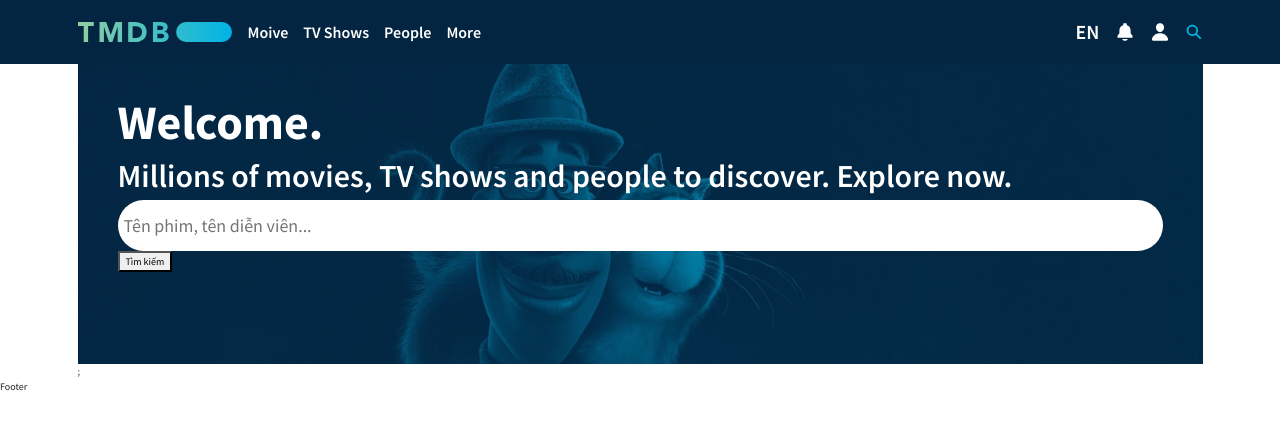
Repository: nguyennam1029/TMDB-App
Page: /
An editor plug-in stored every save of this project. The page is shown before and after the next save, followed by the edit.
The browser window is 1280 px wide. The pictures show the whole page.
The project was rebuilt for these pictures with package versions that can differ from the ones it lists, and the page was loaded fresh each time. Also part of the build but not shown: src/components/ui/HeroCart/heroCart.css, src/components/ui/HeroCart/HeroCart.jsx, src/page/Search.jsx. Imported but missing from the stored project, and not drawn on this page: src/components/ui/ListHero/ListHero, src/page/HeroDetail.

Above is the page before, as saved 2022-09-26 20:20:22.

### public/index.html
<!DOCTYPE html>
<html lang="en">
  <head>
    <meta charset="utf-8" />
    <link rel="icon" href="%PUBLIC_URL%/favicon.ico" />
    <meta name="viewport" content="width=device-width, initial-scale=1" />
    <meta name="theme-color" content="#000000" />
    <meta
      name="description"
      content="Web site created using create-react-app"
    />
    <link rel="apple-touch-icon" href="%PUBLIC_URL%/logo192.png" />
    <!--
      manifest.json provides metadata used when your web app is installed on a
      user's mobile device or desktop. See https://developers.google.com/web/fundamentals/web-app-manifest/
    -->
    <link rel="manifest" href="%PUBLIC_URL%/manifest.json" />
    <!--
      Notice the use of %PUBLIC_URL% in the tags above.
      It will be replaced with the URL of the `public` folder during the build.
      Only files inside the `public` folder can be referenced from the HTML.

      Unlike "/favicon.ico" or "favicon.ico", "%PUBLIC_URL%/favicon.ico" will
      work correctly both with client-side routing and a non-root public URL.
      Learn how to configure a non-root public URL by running `npm run build`.
    -->
    <link
      rel="stylesheet"
      href="https://cdn.jsdelivr.net/npm/bootstrap@5.1.0/dist/css/bootstrap.min.css"
    />
    <title>React App</title>
  </head>
  <body>
    <noscript>You need to enable JavaScript to run this app.</noscript>
    <div id="root"></div>
    <!--
      This HTML file is a template.
      If you open it directly in the browser, you will see an empty page.

      You can add webfonts, meta tags, or analytics to this file.
      The build step will place the bundled scripts into the <body> tag.

      To begin the development, run `npm start` or `yarn start`.
      To create a production bundle, use `npm run build` or `yarn build`.
    -->
  </body>
</html>

### src/index.js
import React from "react";
import ReactDOM from "react-dom/client";
import { BrowserRouter as Router } from "react-router-dom";

import { Provider } from "react-redux";
import store from "./store";
import "./index.css";
import App from "./App";

const root = ReactDOM.createRoot(document.getElementById("root"));
root.render(
  <React.StrictMode>
    <Provider store={store}>
      <Router>
        <App />
      </Router>
    </Provider>
  </React.StrictMode>
);

// If you want to start measuring performance in your app, pass a function
// to log results (for example: reportWebVitals(console.log))
// or send to an analytics endpoint. Learn more: https://bit.ly/CRA-vitals

### src/store.js
import rootReducer from "./redux/reducers";

import { createStore } from "redux";
const store = createStore(
  rootReducer,
  window.__REDUX_DEVTOOLS_EXTENSION__ && window.__REDUX_DEVTOOLS_EXTENSION__()
);

export default store;

### src/index.css
@import url('https://fonts.googleapis.com/css2?family=Source+Sans+Pro:wght@200;300;400;600;700;900&display=swap');

html {
  font-size: 62.5%;
}

body {
  font-family: 'Source Sans Pro',
    sans-serif;

}

:root {
  --primary-text-color: #fff;
}

*,
*::before,
*::after {
  box-sizing: border-box;
}




img,
picture,
video,
canvas,
svg {
  display  : block;
  max-width: 100%;
}

input,
button,
textarea,
select {
  outline: none;
}

p,
h1,
h2,
h3,
h4,
h5,
h6 {
  overflow-wrap: break-word;
}

a {
  color          : inherit;
  text-decoration: none;
}

ul {
  padding: 0;
  margin : 0;
}

li {
  list-style: none;
}

### src/redux/reducers.js
const initState = {
  search: "",
  selectItem: {},
  listHeros: [],
};

const rootReducer = (state = initState, action) => {
  switch (action.type) {
    case "listHeros":
      return {
        ...state,
        listHeros: action.payload,
      };
    case "selectItem":
      return {
        ...state,
        selectItem: action.payload,
      };
    case "seachrItem":
      return {
        ...state,
        search: action.payload,
      };
    default:
      return state;
  }
};
export default rootReducer;

### src/components/Layout/Layout.jsx
import React from "react";

import Header from "../Header/Header";
import Footer from "../Footer/Footer";
// import Routers from "../../routes/Routers";
import Routers from "../../routes/Routers";

const Layout = () => {
  return (
    <>
      <Header />
      <Routers />
      <Footer />
    </>
  );
};

export default Layout;

### src/components/Header/Header.jsx
import React from "react";

import { Link, useNavigate } from "react-router-dom";
import { useState } from "react";
import { useDispatch } from "react-redux";
import { seachrItem } from "../../redux/action";
import { useEffect } from "react";
import {
  IoSearchOutline,
  IoNotificationsSharp,
  IoPerson,
  IoSearchSharp,
} from "react-icons/io5";
import { Container } from "react-bootstrap";
import Dropdown from "react-bootstrap/Dropdown";
import { NavLink } from "react-router-dom";
import logo from "../../assets/images/logo.svg";
import "./header.css";
const Header = () => {
  // const dispatch = useDispatch();
  // const [searchName, setSearchName] = useState("");
  // const Navigate = useNavigate();
  // const handleOnchange = (value) => {
  //   value !== "" ? Navigate("/seachr") : Navigate("/");
  //   setSearchName(value);
  // };

  // useEffect(() => {
  //   dispatch(seachrItem(searchName));
  // }, [searchName]);
  // return (
  //   <ul>
  //     <li>
  //       <Link to={"/home"} onClick={() => setSearchName("")}>
  //         Home
  //       </Link>
  //     </li>
  //     <li>
  //       <input
  //         type="text"
  //         value={searchName}
  //         placeholder="Tìm kiếm"
  //         onChange={(e) => {
  //           handleOnchange(e.target.value);
  //         }}
  //       />
  //     </li>
  //     <li>
  //       Tim kiem <IoSearchOutline />
  //     </li>
  //   </ul>
  // );
  //CÁC MENU ITEM
  const NavItemLinks = [
    {
      display: "Moive",
      url: "/moive",
    },
    {
      display: "TV Shows",
      url: "/tvshows",
    },
    {
      display: "People",
      url: "/people",
    },
    {
      display: "More",
      url: "/More",
    },
  ];
  return (
    <div className="header">
      <Container>
        <div className="nav d-flex align-items-center justify-content-between">
          <div className="nav__left d-flex align-items-center justify-content-center mr-3">
            <NavLink to="/" className="nav__left--img d-block">
              <img src={logo} alt="" />
            </NavLink>

            <ul className="nav__list d-flex align-items-center gap-4">
              {NavItemLinks.map((item, index) => (
                <li className="nav__item" key={index}>
                  <NavLink
                    to={item.url}
                    className={(navClass) =>
                      navClass.isActive ? "active" : ""
                    }
                  >
                    {item.display}
                  </NavLink>
                </li>
              ))}
            </ul>
          </div>
          <div className="nav__right">
            <ul className="nav__list d-flex align-items-center gap-4">
              <li className="nav__item nav__right--item">
                <NavLink
                  to="en"
                  className={(navClass) => (navClass.isActive ? "active" : "")}
                >
                  EN
                </NavLink>
              </li>

              <li className="nav__item nav__right--item">
                <NavLink
                  to="noti"
                  className={(navClass) => (navClass.isActive ? "active" : "")}
                >
                  <IoNotificationsSharp />
                </NavLink>
              </li>

              <li className="nav__item nav__right--item">
                <NavLink
                  to="user"
                  className={(navClass) => (navClass.isActive ? "active" : "")}
                >
                  <IoPerson />
                </NavLink>
              </li>

              <li className="nav__item nav__right--item search">
                <NavLink
                  to="user"
                  className={(navClass) => (navClass.isActive ? "active" : "")}
                >
                  <IoSearchSharp />
                </NavLink>
              </li>
            </ul>
          </div>
        </div>
      </Container>
    </div>
  );
};
export default Header;

### src/components/Footer/Footer.jsx
import React from "react";

const Footer = () => {
  return <div>Footer</div>;
};
export default Footer;

### src/routes/Routers.jsx
import { Routes, Route, Navigate } from "react-router-dom";

import React from "react";

import { HomePage } from "../page/Home";
import { HeroDetail } from "../page/HeroDetail";
import { Search } from "../page/Search";

const Routers = () => {
  return (
    <Routes>
      <Route path="/" element={<Navigate to="/Home" />} />
      <Route path="/Home" element={<HomePage />} />
      <Route path="/Home/:id" element={<HeroDetail />} />
      <Route path="/seachr" element={<Search />} />
    </Routes>
  );
};
export default Routers;

### src/redux/action.js
export const getListHeros = (heros) => {
  return {
    type: "listHeros",
    payload: heros,
  };
};

export const selectItem = (item) => {
  return {
    type: "selectItem",
    payload: item,
  };
};

export const seachrItem = (item) => {
  return {
    type: "seachrItem",
    payload: item,
  };
};
// export 1 cái getListHeros thì lại đc
// => ko thể sử dụng cú pháp export const getListHeros = (heros) => {...}

// export default getListHeros; export 1 cái thì không lỗi

// export { getListHeros, testt }; cách này củng lỗi

### src/components/Header/header.css
.header {
    background-color: #032541;
    display         : flex;
    justify-content : center;
    align-items     : center;
    position        : fixed;
    top             : 0;
    left            : 0;

    height    : 64px;
    width     : 100%;
    z-index   : 10;
    transition: top 0.2s linear;

}

.nav__left--img {
    width       : 154px;
    height      : auto;
    margin-right: 16px;
}

.nav__left--img img {
    width: 100%;
}

.nav__item {
    font-size  : 1.6rem;
    color      : var(--primary-text-color);
    font-weight: 600;
}

.nav__right--item {
    font-size  : 2rem;
    font-weight: 600;
}

.nav__right--item.search {
    font-size  : 1.8rem;
    color      : #01b4e4;
    font-weight: 800;

}

### src/page/Home.jsx
import React from "react";
import { Banner } from "../components/Banner/Banner";
import { ListHero } from "../components/ui/ListHero/ListHero";
// import Slider from "../components/ui/Slider/Slider";

export const HomePage = () => {
  return (
    <div>
      <Banner />
      {/* <ListHero /> */}
    </div>
  );
};

### src/components/Banner/Banner.jsx
import React from "react";

import { Container } from "react-bootstrap";
import "./banner.css";
export const Banner = () => {
  return (
    <Container>
      <div className="banner">
        <div className="banner-content">
          <div className="banner-title">
            <h2>Welcome.</h2>
            <h3>
              Millions of movies, TV shows and people to discover. Explore now.
            </h3>
          </div>
          <div className="banner-search">
            <input type="text" placeholder="Tên phim, tên diễn viên..." />
            <button>Tìm kiếm</button>
          </div>
        </div>
      </div>
      ;
    </Container>
  );
};

### src/components/Banner/banner.css
.banner {
    margin-top: 64px;
    background-image: linear-gradient(to right, rgba(3, 37, 65, 0.8) 0%, rgba(3, 37, 65, 0) 100%),
        url("../../assets/images/banner.jpg");
    min-height: 300px;

    max-height         : 360px;
    background-position: top center;
    background-size    : cover;
    background-repeat  : no-repeat;
    color              : #fff;
}

.banner-content {
    padding: 30px 40px;
}

.banner-title {}

.banner-title h2 {
    font-size  : 4.8rem;
    font-weight: 700;
}

.banner-title h3 {
    font-size  : 3.2rem;
    font-weight: 600;
}

.banner-search {
    width: 100%;
}

.banner-search input {
    width                : 100%;
    padding              : 12px 6px;
    border               : none;
    font-size            : 1.8rem;
    border-radius        : 6rem;
    -webkit-border-radius: 6rem;
    -moz-border-radius   : 6rem;
    -ms-border-radius    : 6rem;
    -o-border-radius     : 6rem;
}

Loaded but not shown: src/App.js (common file)

After the next save:
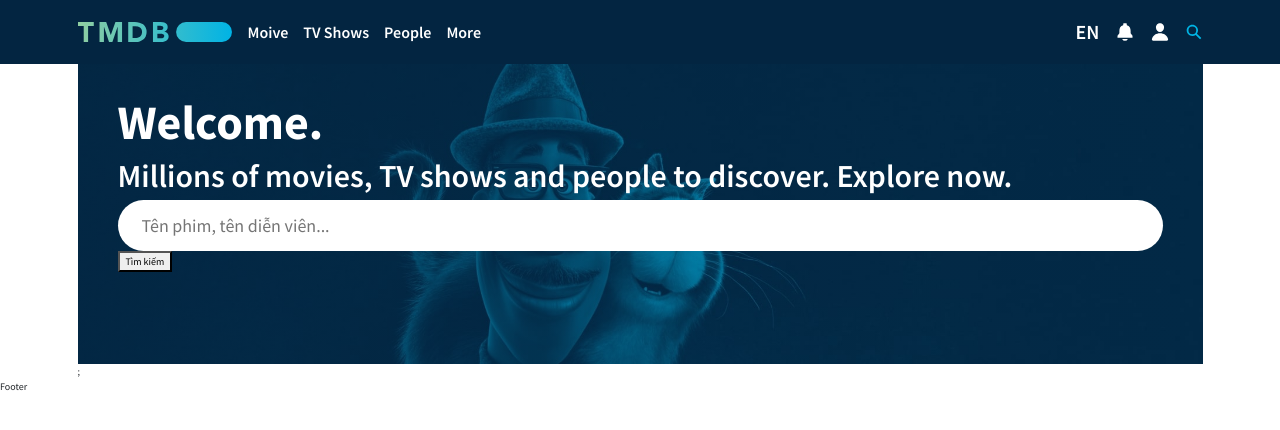
Saved 9 s later.
--- a/src/components/Banner/banner.css
+++ b/src/components/Banner/banner.css
@@ -33,7 +33,7 @@
 
 .banner-search input {
     width                : 100%;
-    padding              : 12px 6px;
+    padding              : 12px 24px;
     border               : none;
     font-size            : 1.8rem;
     border-radius        : 6rem;
